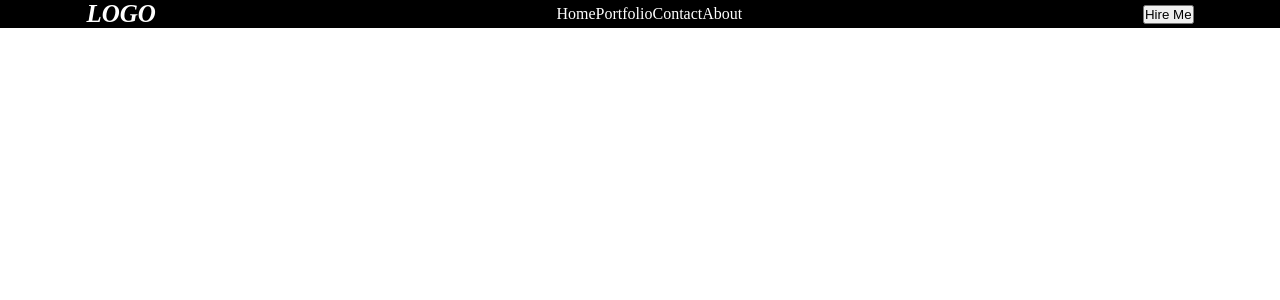
Repository: DevAntonioRogers/vanilla-responsive-navbar
Page: index.html
The author's editor kept a copy of each file at every save. The page is drawn from the files as they stood at one save, then again after the next save.
The browser window is 1280 px wide. The pictures show the whole page.

Above is the page before, as saved 2023-06-04 21:14:14.
Console error: TypeError: Cannot read properties of null (reading 'addEventListener')

### index.html
<!DOCTYPE html>
<html lang="en">
  <head>
    <meta charset="UTF-8" />
    <meta http-equiv="X-UA-Compatible" content="IE=edge" />
    <meta
      name="viewport"
      content="width=device-width, initial-scale=1.
    0"
    />
    <link rel="stylesheet" href="style.css" />
    <title>Document</title>
  </head>
  <body>
    <nav>
      <div class="nav-container">
        <h1>Logo</h1>

        <ul class="nav-menu">
          <li>Home</li>
          <li>Portfolio</li>
          <li>Contact</li>
          <li>About</li>
        </ul>

        <button>Hire Me</button>
      </div>
    </nav>
    <script src="app.js"></script>
  </body>
</html>

### style.css
* {
  box-sizing: border-box;
  padding: 0;
  margin: 0;
}

a {
  text-decoration: none;
}

li {
  list-style: none;
}

nav {
  background-color: black;
}

.nav-container {
  background-color: black;
  color: white;
  padding: 0 1rem;
  width: 89%;
  margin: auto;
  display: flex;
  align-items: center;
  justify-content: space-between;
}

.nav-container h1 {
  font-size: 25px;
  text-transform: uppercase;
  font-style: italic;
}

.nav-menu {
  display: flex;
}

### app.js
const hamburger = document.querySelector('.hamburger')
const navMenu = document.querySelector('.nav-menu')

hamburger.addEventListener('click', () => {
  hamburger.classList.toggle('active')
  navMenu.classList.toggle('active')
})




const textToType = ["JavaScript.", "React.", "HTML.", "CSS."];
let currentIndex = 0;
let currentText = "";
let deleting = false;

function typeText() {
  if (currentIndex >= textToType.length) {
    currentIndex = 0;
  }

  currentText = deleting
    ? textToType[currentIndex].substring(0, currentText.length - 1)
    : textToType[currentIndex].substring(0, currentText.length + 1);

  document.getElementById("typing-text").textContent = currentText;

  if (!deleting && currentText === textToType[currentIndex]) {
    deleting = true;
    setTimeout(typeText, 1000);
  } else if (deleting && currentText === "") {
    deleting = false;
    currentIndex++;
    setTimeout(typeText, 500);
  } else {
    setTimeout(typeText, deleting ? 100 : 200);
  }
}

typeText();

After the next save:
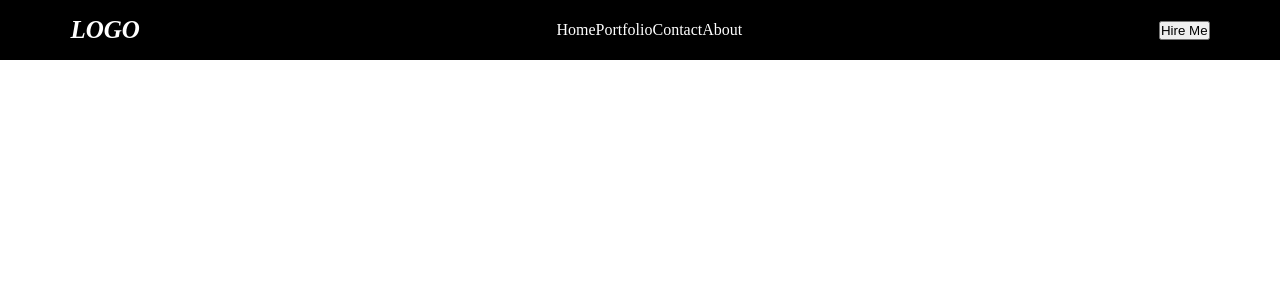
Saved 20 s later.
--- a/style.css
+++ b/style.css
@@ -19,7 +19,7 @@ nav {
 .nav-container {
   background-color: black;
   color: white;
-  padding: 0 1rem;
+  padding: 1rem 0;
   width: 89%;
   margin: auto;
   display: flex;
